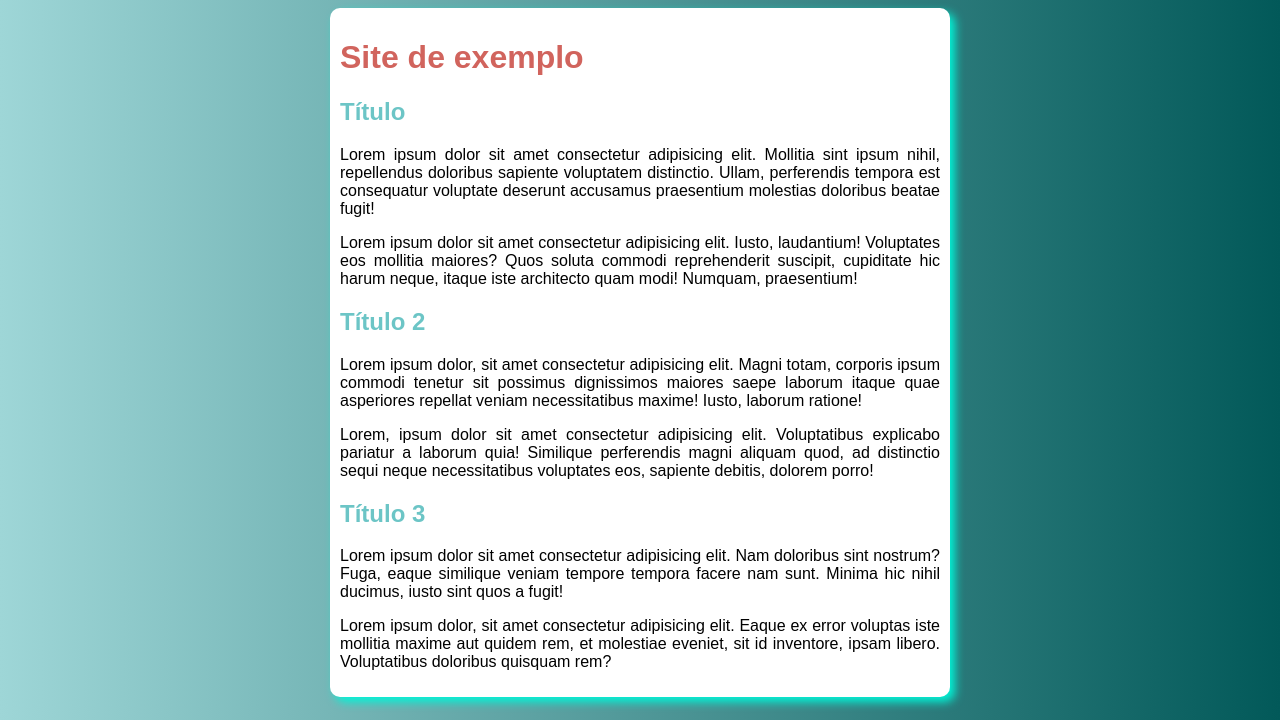
Repository: pheonix5/Estudo
Page: html-css/exercicios/ex016/cor03.html
An editor plug-in stored every save of this project. The page is shown before and after the next save, followed by the edit.
The browser window is 1280 px wide. The pictures show the whole page.

Above is the page before, as saved 2023-08-10 21:55:58.

### html-css/exercicios/ex016/cor03.html
<!DOCTYPE html>
<html lang="pt-br">
<head>
  <meta charset="UTF-8">
  <meta name="viewport" content="width=device-width, initial-scale=1.0">
  <title>Site de exemplo</title>
  <link rel="stylesheet" href="style.css">
</head>
<body>
  <main>
    <h1>Site de exemplo</h1>
    <h2>Título</h2>
    <p>Lorem ipsum dolor sit amet consectetur adipisicing elit. Mollitia sint ipsum nihil, repellendus doloribus sapiente voluptatem distinctio. Ullam, perferendis tempora est consequatur voluptate deserunt accusamus praesentium molestias doloribus beatae fugit!</p>
    <p>Lorem ipsum dolor sit amet consectetur adipisicing elit. Iusto, laudantium! Voluptates eos mollitia maiores? Quos soluta commodi reprehenderit suscipit, cupiditate hic harum neque, itaque iste architecto quam modi! Numquam, praesentium!</p>

    <h2>Título 2</h2>
    <p>Lorem ipsum dolor, sit amet consectetur adipisicing elit. Magni totam, corporis ipsum commodi tenetur sit possimus dignissimos maiores saepe laborum itaque quae asperiores repellat veniam necessitatibus maxime! Iusto, laborum ratione!</p>
    <p>Lorem, ipsum dolor sit amet consectetur adipisicing elit. Voluptatibus explicabo pariatur a laborum quia! Similique perferendis magni aliquam quod, ad distinctio sequi neque necessitatibus voluptates eos, sapiente debitis, dolorem porro!</p>
    <h2>Título 3</h2>
    <p>Lorem ipsum dolor sit amet consectetur adipisicing elit. Nam doloribus sint nostrum? Fuga, eaque similique veniam tempore tempora facere nam sunt. Minima hic nihil ducimus, iusto sint quos a fugit!</p>
    <p>Lorem ipsum dolor, sit amet consectetur adipisicing elit. Eaque ex error voluptas iste mollitia maxime aut quidem rem, et molestiae eveniet, sit id inventore, ipsam libero. Voluptatibus doloribus quisquam rem?</p>
  </main>
</body>
</html>

### html-css/exercicios/ex016/style.css
@charset "UTF-8";

*{
  font-family: Arial, Helvetica, sans-serif;
  /* height: 100%; */
}

body{
  background-image: linear-gradient(to right, #9ED6D7 , #025959 );
}

main{
  background-color: #FFF;
  border-radius: 10px;
  box-shadow: 5px 5px 10px #00f5d8;
  width: 600px;
  padding: 10px;
  margin: auto;
}

h1{
  color: #D1645D;
}

h2{
  color: #6CC5C6;
}

p{
  text-align: justify;
}

After the next save:
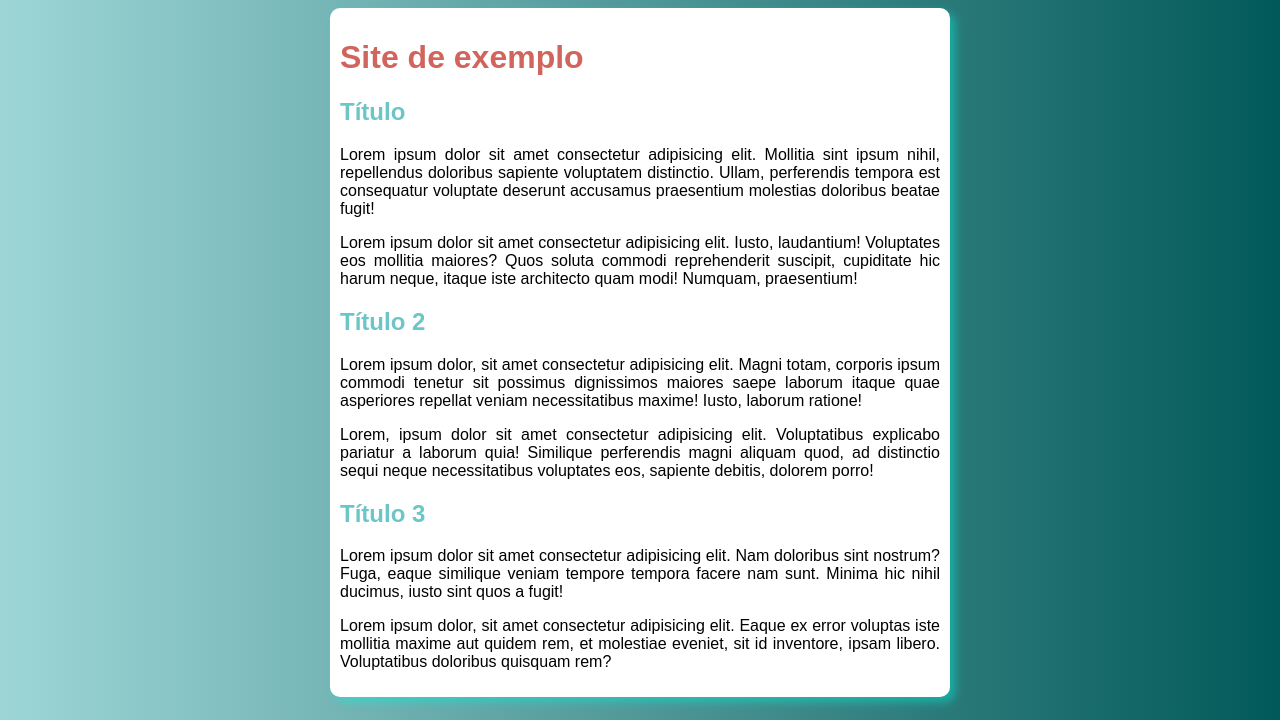
Saved 15 s later.
--- a/html-css/exercicios/ex016/style.css
+++ b/html-css/exercicios/ex016/style.css
@@ -12,7 +12,7 @@ body{
 main{
   background-color: #FFF;
   border-radius: 10px;
-  box-shadow: 5px 5px 10px #00f5d8;
+  box-shadow: 5px 5px 10px rgba(0, 245, 216, 0.459);
   width: 600px;
   padding: 10px;
   margin: auto;
